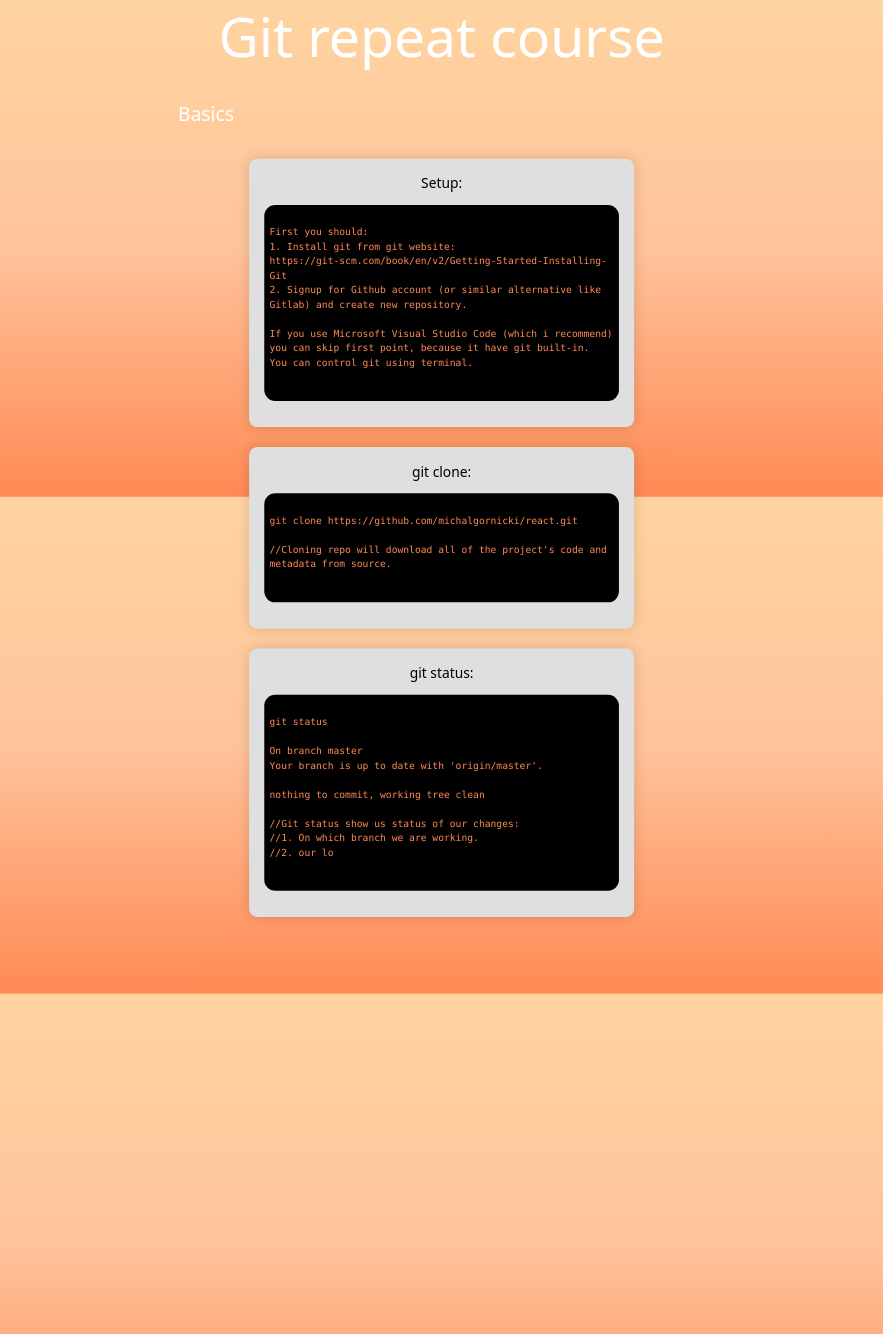
Repository: michalgornicki/git
Page: /
The author's editor kept a copy of each file at every save. The page is drawn from the files as they stood at one save, then again after the next save.
The browser window is 1280 px wide. The pictures show the whole page, at 69% of full size.
Backgrounds fixed to the window are drawn as part of the page. The project was rebuilt for these pictures with package versions that can differ from the ones it lists, and the page was loaded fresh each time. Imported but missing from the stored project, and not drawn on this page: src/components/DOM manipulation.jsx, src/components/async.jsx, src/components/loops.jsx, src/components/numbers.jsx, src/components/variables.jsx, src/components/window.jsx.

Above is the page before, as saved 2022-02-10 08:05:38.

### src/App.jsx
import React from "react";
import "./App.css";
import "bootstrap/dist/css/bootstrap.min.css";
import { Route, HashRouter as Router, Routes, Link } from "react-router-dom";
import Arrays from "./components/arrays.jsx"
import Variables from "./components/variables.jsx"
import Numbers from "./components/numbers.jsx"
import Loops from "./components/loops.jsx"
import Async from "./components/async.jsx"
import DOM from "./components/DOM manipulation.jsx"
import Window from "./components/window.jsx"

function App() {


  return (


    <Router>
    <div className="text-center">
      <div className="display-1 mt-1 mb-5 text-white">Git repeat course</div>

      <div className="h3 d-flex w-75 m-auto my-5 justify-content-evenly flex-wrap text-white">

      <Link className="link-style mx-3" to="/">Basics</Link>
      <Link className="link-style mx-3" to="/Numbers"></Link>
      <Link className="link-style mx-3" to="/Variables"></Link>
      <Link className="link-style mx-3" to="/Loops"></Link>
      <Link className="link-style mx-3" to="/Async"></Link>
      <Link className="link-style mx-3" to="/DOM"></Link>
      <Link className="link-style mx-3" to="/Window"></Link>


      </div>

      <Routes>
          <Route path="/" element={<Arrays />} />
          <Route path="/Numbers" element={<Numbers />} />
          <Route path="/Variables" element={<Variables />} />
          <Route path="/Loops" element={<Loops />} />
          <Route path="/Async" element={<Async />} />
          <Route path="/DOM" element={<DOM />} />
          <Route path="/Window" element={<Window />} />
        </Routes>


    </div>
    </Router>
  );
}

export default App;

### src/App.css
@import url('https://fonts.googleapis.com/css2?family=Catamaran:wght@400&display=swap');

body{
    font-family: 'Catamaran', sans-serif;
    overflow-x: hidden;
    padding-bottom: 80vh;
    height: auto;
    background: linear-gradient(rgb(255, 212, 160), rgb(255, 195, 155), rgb(255, 138, 84));
    background-attachment: fixed;
}

.js-item{
    color:rgb(0, 0, 0);
    font-size: 1.25rem;
    background-color: rgb(223, 223, 223);
    transition: 0.2s;
    padding: 3vh;
    margin-bottom: 4vh!important;
    width: 50%;
    margin-left: auto;
    margin-right: auto;
    box-shadow: 0px 0px 20px rgba(0, 0, 0, 0.15);
    border-radius: 0.75rem;
}

.js-item:hover{
    cursor: pointer;
    background-color: rgb(240, 240, 240);
}

.text-pink{
    padding: 0.5rem;
    margin-top: 1rem;
    margin-bottom: 1rem;
    color:rgb(255, 138, 84)!important;
    font-size: 1rem;
    border-radius: 1rem;
    text-align: left;
    background-color: black;
}

pre {
    white-space: pre-wrap;       /* css-3 */
    white-space: -moz-pre-wrap;  /* Mozilla, since 1999 */
    white-space: -pre-wrap;      /* Opera 4-6 */
    white-space: -o-pre-wrap;    /* Opera 7 */
    word-wrap: break-word;       /* Internet Explorer 5.5+ */
   }

.link-style{
    color: inherit;
    text-decoration: inherit;
}

.link-style:hover{
    color: rgb(255, 138, 84);
}

@media only screen and (max-device-width: 600px), (max-width: 600px) {

    .js-item{
        width: 95%;
    }

}

### src/components/arrays.jsx
const Arrays = () => {

  return (
    <div className="container">
      <div className="js-item">
        {" "}
        <div className="">Setup: </div>
        <div className="text-pink">
          <pre>{`
First you should:
1. Install git from git website:
https://git-scm.com/book/en/v2/Getting-Started-Installing-Git
2. Signup for Github account (or similar alternative like Gitlab) and create new repository.

If you use Microsoft Visual Studio Code (which i recommend) you can skip first point, because it have git built-in.
You can control git using terminal.
          `}</pre>
          </div>
      </div>
      <div className="js-item">
        {" "}
        <div className="">git clone: </div>
        <div className="text-pink">
          <pre>{`
git clone https://github.com/michalgornicki/react.git

//Cloning repo will download all of the project's code and metadata from source.
          `}</pre>
          </div>
      </div>

      <div className="js-item">
        {" "}
        <div className="">git status: </div>
        <div className="text-pink">
          <pre>{`
git status

On branch master
Your branch is up to date with 'origin/master'.

nothing to commit, working tree clean

//Git status show us status of our changes:
//1. On which branch we are working.
//2. our lo
          `}</pre>
          </div>
      </div>

      </div>
  );
};

export default Arrays;

Loaded but not shown: public/index.html (common file); src/index.js (common file); src/index.css (common file); src/reportWebVitals.js (common file)

After the next save:
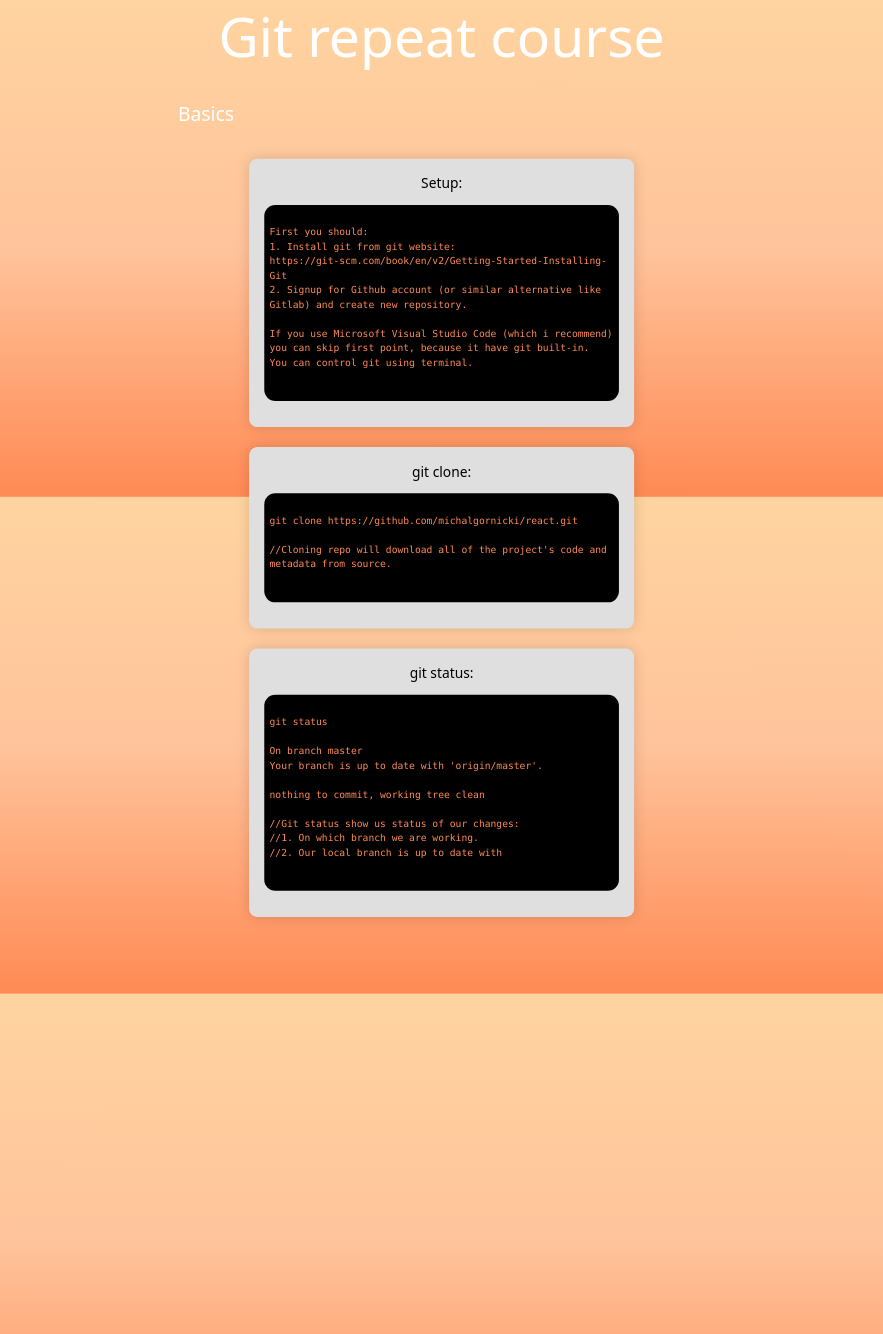
Saved 8 s later.
--- a/src/components/arrays.jsx
+++ b/src/components/arrays.jsx
@@ -43,7 +43,7 @@
 
 //Git status show us status of our changes:
 //1. On which branch we are working.
-//2. our lo
+//2. Our local branch is up to date with
           `}</pre>
           </div>
       </div>
